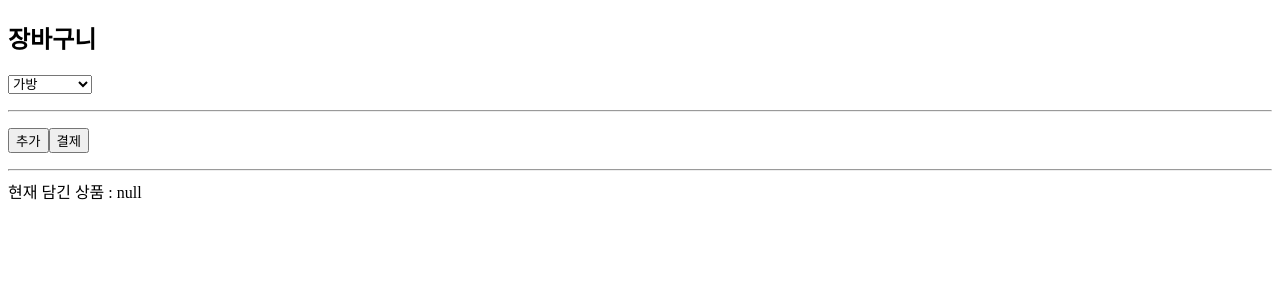
Repository: Blair-Kim/JSP
Page: http://localhost/Day2/7_basket.jsp
The author's editor kept a copy of each file at every save. The page is drawn from the files as they stood at one save, then again after the next save.
The browser window is 1280 px wide. The pictures show the whole page.
The page is served by Tomcat 9.

Above is the page before, as saved 2022-01-13 04:43:35.

### Day2/WebContent/7_basket.jsp
<%@page import="java.util.List"%>
<%@ page language="java" contentType="text/html; charset=UTF-8"
	pageEncoding="UTF-8"%>
<!DOCTYPE html>
<html>
<head>
<meta charset="UTF-8">
<title>장바구니</title>
</head>
<body>
	<h2>장바구니</h2>
	<form method="post" action="7_basket_ok.jsp">
		<p>
			<select name="product">
				<option value="가방">가방</option>
				<option value="라면">라면</option>
				<option value="계란">계란</option>
				<option value="청소기">청소기</option>
				<option value="삼성핸드폰">삼성핸드폰</option>
			</select>
		</p>
		<hr>
		<p>
			<input type="submit" value="추가"><input type="button"
				value="결제" onclick="payment()">
		</p>
		<hr>
	<%
		request.setCharacterEncoding("UTF-8");
		List list = (List)session.getAttribute("productList");
		session.setAttribute("productList", list);
		out.println("현재 담긴 상품 : " + list);
	%>
	</form>
</body>
</html>

After the next save:
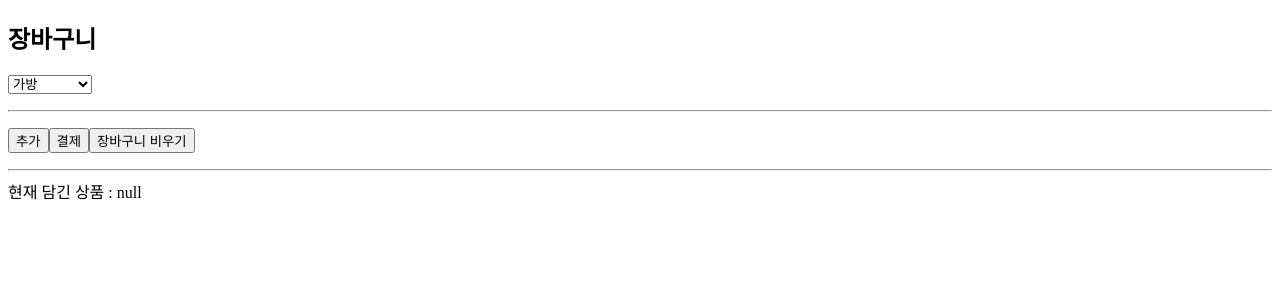
Saved 68 s later.
--- a/Day2/WebContent/7_basket.jsp
+++ b/Day2/WebContent/7_basket.jsp
@@ -22,7 +22,8 @@
 		<hr>
 		<p>
 			<input type="submit" value="추가"><input type="button"
-				value="결제" onclick="payment()">
+				value="결제" onclick="payment()"><input type="submit"
+				value="장바구니 비우기">
 		</p>
 		<hr>
 	<%
